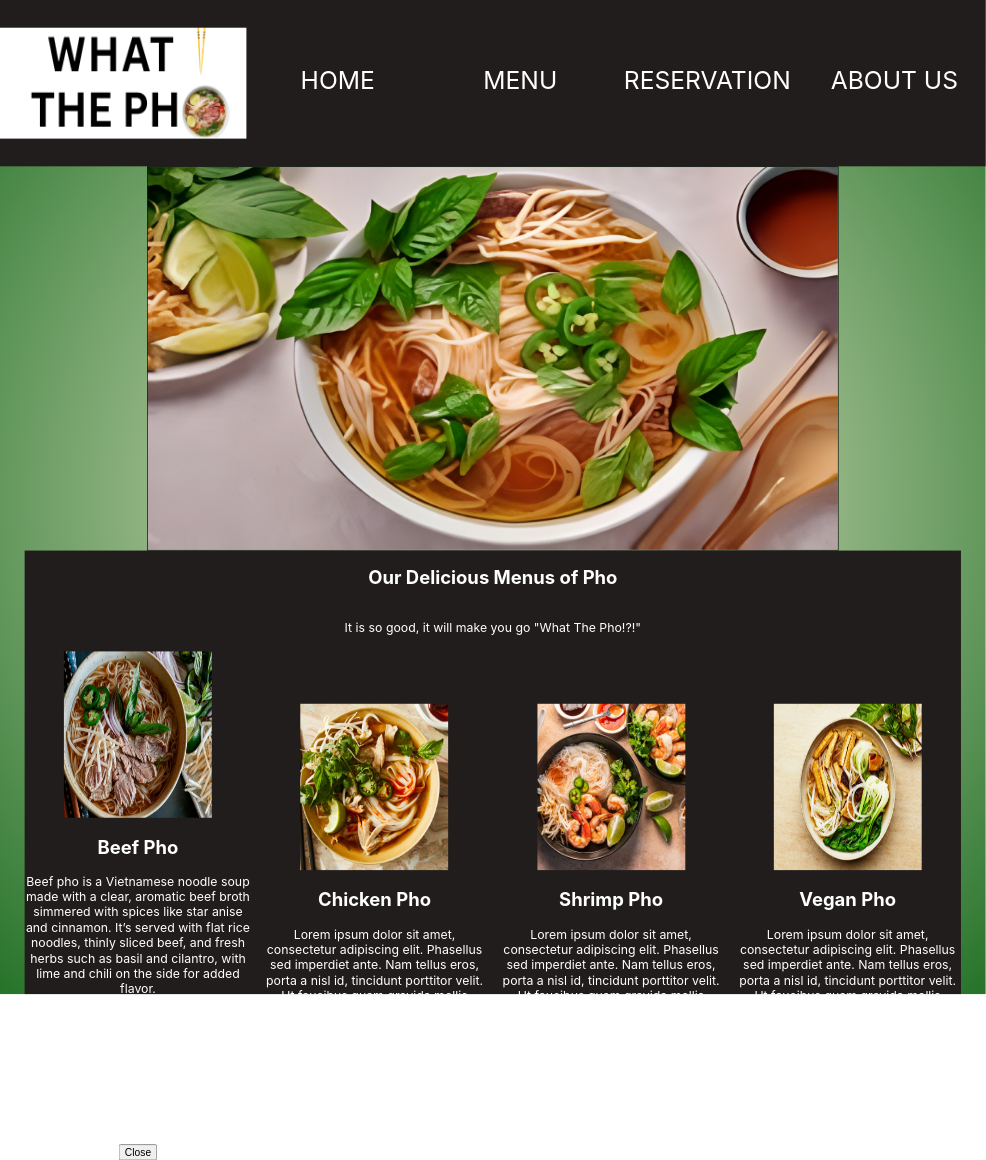
Repository: NguyenkhDang/Restaurant-Website
Page: /, after clicking the first element matching `button`
The author's editor kept a copy of each file at every save. The page is drawn from the files as they stood at one save, then again after the next save.
The browser window is 1280 px wide. The pictures show the whole page, at 77% of full size.
The project was rebuilt for these pictures with package versions that can differ from the ones it lists, and the page was loaded fresh each time.

Above is the page before, as saved 2026-01-16 00:14:59.

### src/App.js
import BackgroundImage from "./image/pho.jpg"
import BeefPho from "./image/beefPho.png"
import ChickenPho from "./image/chickenPho.jpg"
import ShrimpPho from "./image/shrimpPho.png"
import VeganPho from "./image/veganPho.jpg"
import './App.css';
import NavigationBar from './NavigationBar';

import { useState } from "react"

import ReadMore from "./Readmore"
function App() {

  const [showMore, setShowMore] = useState(false)


  return (
    <div className="home">
      <NavigationBar />
      <img
        src={BackgroundImage}
        style={{maxWidth: "70vw", height: "auto", border: "1px solid black"}}
        alt="Pho Photo"
        />


      <div className="menu">
        <h2>Our Delicious Menus of Pho</h2>
        <p>It is so good, it will make you go "What The Pho!?!"</p>
        <div className="foodContainer">
          <div>
            <ReadMore
            image={BeefPho}
            title="Beef Pho"
            description="Beef pho is a Vietnamese noodle soup made with a clear, aromatic beef broth simmered with spices like star anise and cinnamon. It’s served with flat rice noodles, thinly sliced beef, and fresh herbs such as basil and cilantro, with lime and chili on the side for added flavor."
            allergies={[
              "Soy: hoisin sauce, soy sauce",
              "Fish: fish sauce",
              "Gluten: possible in sauces",
              "Shellfish: may be present",
              "Spices: star anise, cinnamon, cloves"
            ]}
          />

          </div>
          <div>
            <img  src={ChickenPho}
                  style={{width: "15vw", height: "30vh"}}/>
            <h2>Chicken Pho</h2>
            <p>Lorem ipsum dolor sit amet, consectetur adipiscing elit. Phasellus sed imperdiet ante. Nam tellus eros, porta a nisl id, tincidunt porttitor velit. Ut faucibus quam gravida mollis tempus. Sed tellus libero, luctus id dictum ut, tincidunt nec dui. Quisque tincidunt est sit amet facilisis congue. Vestibulum vulputate, nisi in pulvinar semper, urna enim gravida ipsum, in cursus erat quam sit amet nisl. </p>
          </div>
          <div>
            <img  src={ShrimpPho}
                  style={{width: "15vw", height: "30vh"}}/>
            <h2>Shrimp Pho</h2>
            <p>Lorem ipsum dolor sit amet, consectetur adipiscing elit. Phasellus sed imperdiet ante. Nam tellus eros, porta a nisl id, tincidunt porttitor velit. Ut faucibus quam gravida mollis tempus. Sed tellus libero, luctus id dictum ut, tincidunt nec dui. Quisque tincidunt est sit amet facilisis congue. Vestibulum vulputate, nisi in pulvinar semper, urna enim gravida ipsum, in cursus erat quam sit amet nisl. </p>
          </div>
          <div>
            <img  src={VeganPho}
                  style={{width: "15vw", height: "30vh"}}/>
            <h2>Vegan Pho</h2>
            <p>Lorem ipsum dolor sit amet, consectetur adipiscing elit. Phasellus sed imperdiet ante. Nam tellus eros, porta a nisl id, tincidunt porttitor velit. Ut faucibus quam gravida mollis tempus. Sed tellus libero, luctus id dictum ut, tincidunt nec dui. Quisque tincidunt est sit amet facilisis congue. Vestibulum vulputate, nisi in pulvinar semper, urna enim gravida ipsum, in cursus erat quam sit amet nisl. </p>
          </div>
        </div>
      </div>
  </div>
);
}

export default App;

### src/App.css
html{
  -ms-overflow-style: none;  /* IE and Edge */
  scrollbar-width: none;
}

.home {
  display: grid;
  margin: 0;
  padding: 0;

  background: radial-gradient(
    circle,
    rgba(245, 240, 213, 1) 0%,
    rgba(38, 115, 42, 1) 100%
  );
  place-items: center;
  text-align: center;
  color: white;
}

.menu {
  display: grid;
  grid-template-rows: repeat(3, 1fr);
  place-items: center;
  gap: 5px;

  width: 95vw;
  height: 80vh;
  margin: 0 2vw;

  background-color: rgb(34, 29, 29);
}

.foodContainer {
  display: grid;
  grid-template-columns: repeat(4, 1fr);
  place-items: center;
  gap: 1vw;
}

.foodContainer div {

}

.allergies{
  display: block;
  font-size: 1em;
}
.allergies ul{
  display: grid;
  grid-template-columns: repeat(1, 1fr);
}
.allergies ul li{
  height: auto;
  width: 70%;
}

#label{
  font-weight: bolder;
  font-size: 1.25em;
}
html::-webkit-scrollbar {
  display: none;
}

### src/NavigationBar.js
import "./CSS/NavigationBar.css"
import Logo from "./image/CustomLogo2.png"
const NavigationBar = () =>{



  return (
    <div className="navbar">
      <div className="logoImage">
        <img src= {Logo} />
      </div>
      <div className="wholeNavBar">
        <ul>
          <li>
            <a>HOME</a>
          </li>
          <li>
            <a>MENU</a>
          </li>
          <li>
            <a>RESERVATION</a>
          </li>
          <li>
            <a>ABOUT US</a>
          </li>
        </ul>

      </div>
    </div>
  )


}

export default NavigationBar

### src/Readmore.js
import { useState } from "react";
import "./CSS/Readmore.css"
function ReadMore({ image, title, description, allergies }) {
  const [showMore, setShowMore] = useState(false);

  return (
    <div className="descriptionContainer">
      <img src={image} style={{ width: "15vw", height: "30vh" }} alt={title} />

      <h2>{title}</h2>

      <p>
        {description}
        {!showMore && <span> ..</span>}

        {showMore && (
          <ul>
            {allergies.map((item, index) => (
              <li key={index}>{item}</li>
            ))}
          </ul>
        )}
      </p>

      <button onClick={() => setShowMore(!showMore)}>
        {showMore ? "Close" : "Allergies"}
      </button>
    </div>
  );
}
export default ReadMore;

### src/CSS/NavigationBar.css
.navbar{
  background-color: rgb(34, 29, 29);
  display: grid;
  grid-template-columns: 25% 75%;
  width: 100vw;
  height: 25vh;
  padding-top: 5vh;
}
.wholeMavBar{
  float: right;
  height: 10vh;
}

.logoImage img{
  height: 20vh;
  width: 25vw;
  object-fit: fill;
  object-position: center;
}

ul{
  align-items: center;
  list-style-type: none;
  display: grid;
  place-items: center;
  grid-template-columns: 1fr 1fr 1fr 1fr;
  margin-top: 5%;
  padding: 0;
}
li a{
  font-size: 2em;
  text-align: center;
  padding: 14px 16px;
}

li a:hover{
  background-color: #c5b1b1;
}

### src/CSS/Readmore.css
.allergies{
  display: block;
  font-size: 1em;
}
.allergies ul{
  display: grid;
  grid-template-columns: repeat(1, 1fr);
}
.allergies ul li{
  height: auto;
  width: 70%;
}

Loaded but not shown: public/index.html (common file); src/index.js (common file); src/index.css (common file); src/reportWebVitals.js (common file)

After the next save:
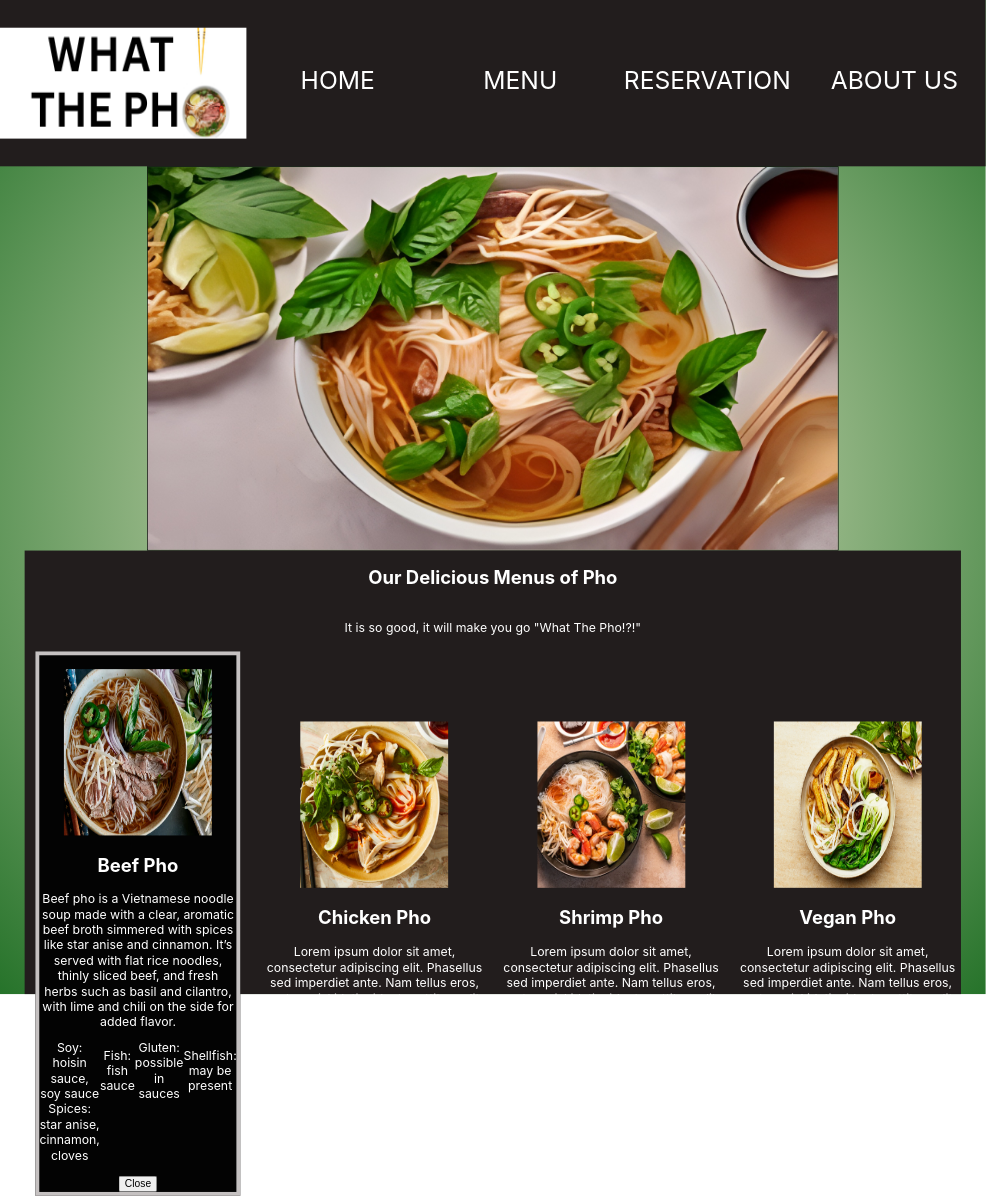
Saved 11 s later.
--- a/src/CSS/Readmore.css
+++ b/src/CSS/Readmore.css
@@ -1,12 +1,7 @@
-.allergies{
-  display: block;
-  font-size: 1em;
+.descriptionContainer{
+  width: 20vw;
+  padding-top: 2.5vh;
+
+  background-color: rgb(3, 3, 3);
+  border: 5px solid rgb(197, 193, 193);
 }
-.allergies ul{
-  display: grid;
-  grid-template-columns: repeat(1, 1fr);
-}
-.allergies ul li{
-  height: auto;
-  width: 70%;
-}
